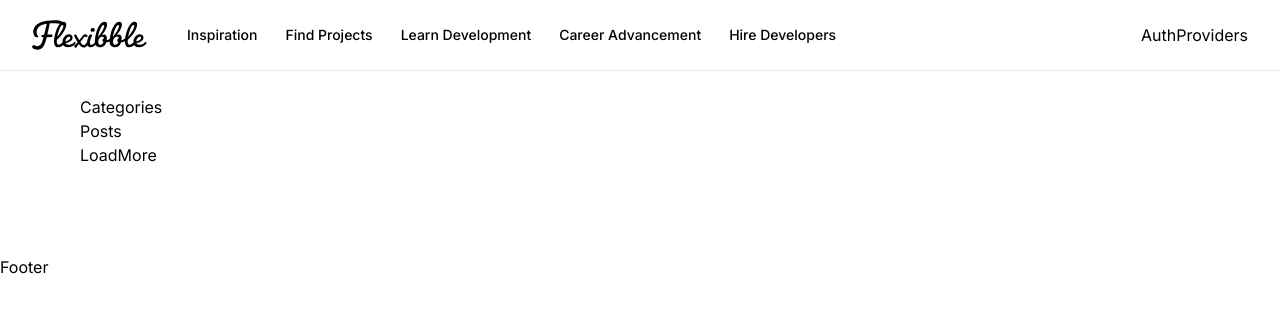
Repository: YUKIKAZE-nanoda/shigure_grafbase
Page: /
These files come from the project's save history. The page is drawn as it stood at one moment and after the next save; the edit follows.
The browser window is 1280 px wide. The pictures show the whole page.
The project was rebuilt for these pictures with package versions that can differ from the ones it lists, and the page was loaded fresh each time. The framework's server and built-in components were replaced by stand-ins that run in the browser. Also part of the build but not shown: next.config.js.

Above is the page before, as saved 2023-07-15 10:53:10.

### app/layout.tsx
import './globals.css'
import Footer from '@/components/Footer'
import Navbar from '@/components/Navbar'
export const metadata = {
  title: 'Flexibble',
  description: 'Showcase of flexbox layouts',
}

export default function RootLayout({
  children,
}: {
  children: React.ReactNode
}) {
  return (
    <html lang="en">
      <Navbar />
      <body>
        <main>{children}</main>
      </body>
      <Footer />
    </html>
  )
}

### app/page.tsx
const Home = () => {
    return (

        <section className="flex-start flex-col paddings mb-16">
            <h1>Categories</h1>
            <h1>Posts</h1>
            <h1>LoadMore</h1>
        </section>

    )
}

export default Home;

### components/Footer.tsx
import React from "react";
const Footer=()=>{
    return <div>
        Footer
    </div>
}

export default Footer;

### components/Navbar.tsx
import Link from 'next/link';
import Image from 'next/image';
import { NavLinks } from '@/constants';
import AuthProviders from './AuthProviders';
const Navbar = () => {
    const session = null;
    return (
        <nav className="flexBetween navbar">
            <div className="flex-1 flexStart gap-10">
                <Link href="/">
                    <Image
                        src="/logo.svg"
                        width={115}
                        height={43}
                        alt="Flexibble"
                    />
                </Link>
                <ul className='xl:flex hidden text-small gap-7'>
                    {NavLinks.map((link) => (
                        <Link href={link.href} key={link.key}>
                            {link.text}
                        </Link>
                    ))}
                </ul>
            </div>
            <div className='flexCenter gap-4'>
                {session ? (
                    <>
                        UserPhoto
                        <Link href="/create-project">
                            Share you work
                        </Link>
                    </>
                ) : (
                    <AuthProviders></AuthProviders>
                )}
            </div>
        </nav>
    );
}

export default Navbar;

Loaded but not shown: app/globals.css (common file); constants/index.ts (common file); components/AuthProviders.tsx (common file); tailwind.config.js (common file)

After the next save:
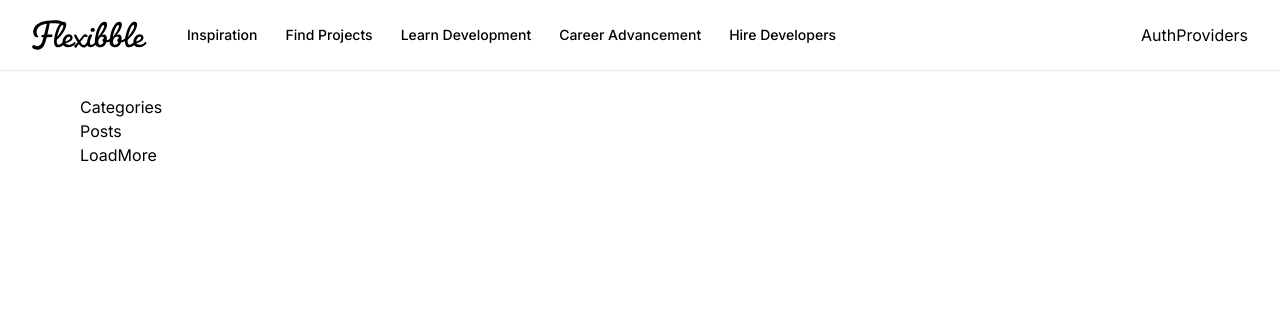
Saved 60 s later.
--- a/components/Footer.tsx
+++ b/components/Footer.tsx
@@ -1,8 +1,8 @@
 import React from "react";
 const Footer=()=>{
-    return <div>
-        Footer
-    </div>
+    return <footer>
+
+    </footer>
 }
 
 export default Footer;
